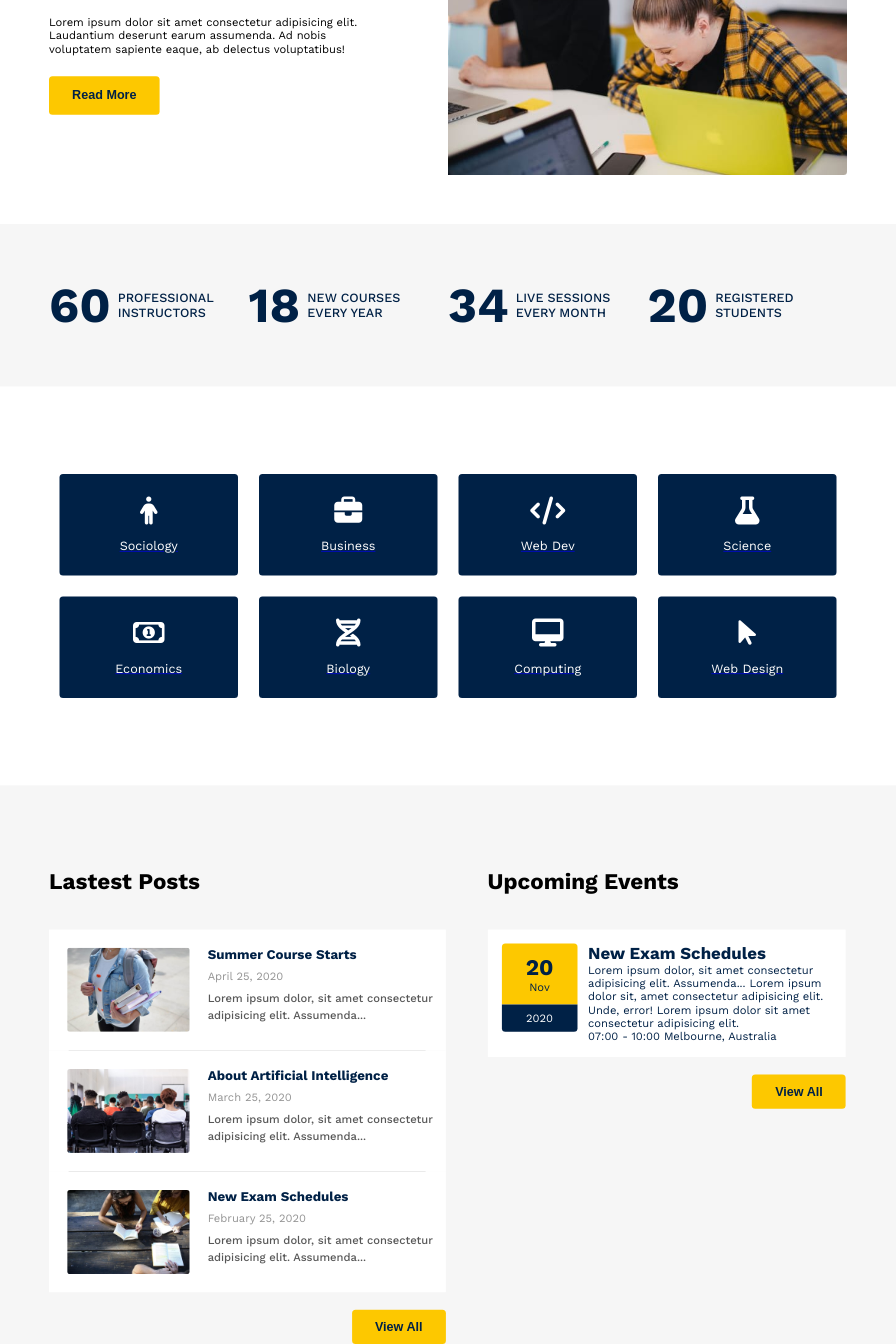
Repository: giahuy405/BC38__Mastery__Pham_Gia_Huy
Page: index.html
The author's editor kept a copy of each file at every save. The page is drawn from the files as they stood at one save, then again after the next save.
The browser window is 1280 px wide. The pictures show the part of the page from y = 910 to 2830 px (the page is 2830 px tall), at 70% of full size.

Above is the page before, as saved 2022-09-10 15:15:18.

### index.html
<!DOCTYPE html>
<html lang="en">
<head>
    <meta charset="UTF-8">
    <meta http-equiv="X-UA-Compatible" content="IE=edge">
    <meta name="viewport" content="width=device-width, initial-scale=1.0">
    <title>Document</title>
    <link href="https://fonts.googleapis.com/css2?family=Montserrat:wght@300;400;500;700;900&family=Work+Sans:wght@300;400;500;700&display=swap" rel="stylesheet">
    <link rel="stylesheet" href="https://cdnjs.cloudflare.com/ajax/libs/font-awesome/6.2.0/css/all.min.css">
    <link rel="stylesheet" href="./css/index.css">
</head>
<body>
    <header>
        <div class="container">
            <i class="fa-solid fa-pen-to-square"></i>
            <div class="header__title">
                <h1>Mastery</h1>
            </div>
        </div>
    </header>
    <nav>
        <div class="container">
            <ul>
                <li><a  href="#">Home</a></li>
                <li><a  href="#">About</a></li>
                <li><a  href="#">Services</a></li>
                <li><a  href="#">Contact</a></li>
            </ul>
        </div>
    </nav>
    <div class="carousel">
        <img src="./img/carousel__website.png" alt="">
    </div>
    <div class="welcome container">
        <div class="welcome__content">
            <h1>Welcome To Our Campus</h1>
            <p>Lorem ipsum dolor sit amet consectetur adipisicing elit. Quasi est saepe possimus quisquam dolor ducimus blanditiis, eius fugit ab beatae reprehenderit, inventore earum rerum. Quis nostrum voluptatibus vel quisquam soluta.</p>

            <p>Lorem ipsum dolor sit amet consectetur adipisicing elit. Laudantium deserunt earum assumenda. Ad nobis voluptatem sapiente eaque, ab delectus voluptatibus!</p>
            <button>Read More</button>
        </div>
        <div class="welcome__img">
            <img src="./img/g1.jpg" alt="">
        </div>
        <div class="clear"></div>
    </div>
    <div class="information">
       <div class="container">
            <div class="information__content">
                <div class="information__title">
                    <h1>60</h1>
                </div>
                <div class="information__desc">
                    <p>PROFESSIONAL</p>
                    <p>INSTRUCTORS</p>
                </div>
                <div class="clear"></div>
            </div>
            <div class="information__content">
                <div class="information__title">
                    <h1>18</h1>
                </div>
                <div class="information__desc">
                    <p>NEW COURSES</p>
                    <p>EVERY YEAR</p>
                </div>
                <div class="clear"></div>
            </div>
            <div class="information__content">
                <div class="information__title">
                    <h1>34</h1>
                </div>
                <div class="information__desc">
                    <p>LIVE SESSIONS</p>
                    <p>EVERY MONTH</p>
                </div>
                <div class="clear"></div>
            </div>
            <div class="information__content">
                <div class="information__title">
                    <h1>20</h1>
                </div>
                <div class="information__desc">
                    <p>REGISTERED</p>
                    <p>STUDENTS</p>
                </div>
                <div class="clear"></div>
            </div>
            <div class="clear"></div>
       </div>
    </div>
    <div class="cards">
        <div class="container">
            <div class="cards-top">
                <div class="card">
                    <a href="#">
                        <div class="card__item">
                            <i class="fa-solid fa-person"></i>
                            <p>Sociology</p>
                        </div>
                    </a>
                </div>
                <div class="card">
                    <a href="#">
                        <div class="card__item">
                            <i class="fa-solid fa-briefcase"></i>
                            <p>Business</p>
                        </div>
                    </a>
                </div>
                <div class="card">
                   <a href="#">
                        <div class="card__item">
                            <i class="fa-solid fa-code"></i>
                            <p>Web Dev</p>
                        </div>
                   </a>
                </div>
                <div class="card">
                   <a href="#">
                        <div class="card__item">
                            <i class="fa-solid fa-flask"></i>
                            <p>Science</p>
                        </div>
                   </a>
                </div>
                <div class="clear"></div>
            </div>
            <div class="card-bottom">
                <div class="card">
                    <a href="#">
                        <div class="card__item">
                            <i class="fa-regular fa-money-bill-1"></i>
                            <p>Economics</p>
                        </div>
                    </a>
                </div>
                <div class="card">
                   <a href="#">
                        <div class="card__item">
                            <i class="fa-solid fa-dna"></i>
                            <p>Biology</p>
                        </div>
                   </a>
                </div>
                <div class="card">
                    <a  href="#">
                        <div class="card__item">
                            <i class="fa-solid fa-desktop"></i>
                            <p>Computing</p>
                        </div>
                    </a>
                </div>
                <div class="card">
                    <a href="#">
                        <div class="card__item">
                            <i class="fa-solid fa-arrow-pointer"></i>
                            <p>Web Design</p>
                        </div>
                    </a>
                </div>
                <div class="clear"></div>
            </div>
        </div>
    </div>
    <div class="news">
        <div class="container">
            <div class="news__lastest-post">
                <h1>Lastest Posts</h1>
                <div class="lastest-post__items">
                    <div class="lastest-post__item">
                        <a href="#">
                            <img src="./img/g9.jpg" alt="">
                            <div class="lastest-post__desc">
                                <h2 >Summer Course Starts</h2>
                                <p class="lastest-post__time">April 25, 2020</p>
                                <p>Lorem ipsum dolor, sit amet consectetur adipisicing elit. Assumenda...</p>
                            </div>
                            <div class="clear"></div>
                        </a>
                        <hr noshade >
                    </div>
                    <div class="lastest-post__item">
                        <a href="#">
                            <img src="./img/g10.jpg" alt="">
                            <div class="lastest-post__desc">
                                <h2>About Artificial Intelligence</h2>
                                <p class="lastest-post__time">March 25, 2020</p>
                                <p>Lorem ipsum dolor, sit amet consectetur adipisicing elit. Assumenda...</p>
                            </div>
                            <div class="clear"></div>
                        </a>
                        <hr noshade >
                    </div>

                    <div class="lastest-post__item">
                        <a href="#">
                            <img src="./img/g8.jpg" alt="">
                            <div class="lastest-post__desc">
                                <h2>New  Exam Schedules</h2>
                                <p class="lastest-post__time">February 25, 2020</p>
                                <p>Lorem ipsum dolor, sit amet consectetur adipisicing elit. Assumenda...</p>
                            </div>
                            <div class="clear"></div>
                        </a>

                    </div>

                </div>
                <button class="news__button">View All</button>
                <div class="clear"></div>
            </div>


            <div class="news__upcoming-events">
                <h1>Upcoming Events</h1>
                <div class="upcoming-events__items">
                    <div class="upcoming-events__item">
                        <a href="#">
                            <div class="upcoming-events__time">
                                <div class="upcoming-events__time--top">
                                    <h1  >20</h1>
                                    <p>Nov</p>
                                </div>
                                <div class="upcoming-events__time--bottom">
                                    <p>2020</p>
                                </div>
                            </div>
                            <div class="upcoming-events__desc">
                                <div class="upcoming-events__desc--top">
                                    <h2>New  Exam Schedules</h2>
                                    <p>Lorem ipsum dolor, sit amet consectetur adipisicing elit. Assumenda... Lorem ipsum dolor sit, amet consectetur adipisicing elit. Unde, error! Lorem ipsum dolor sit amet consectetur adipisicing elit.</p>
                                </div>
                                <div class="upcoming-events__desc--bottom">
                                    <span>07:00 - 10:00</span>
                                    <span>Melbourne, Australia</span>
                                </div>

                            </div>
                            <div class="clear"></div>
                        </a>
                    </div>

                </div>

                <button class="news__button">View All</button>
                <div class="clear"></div>
            </div>
            <div class="clear"></div>
        </div>
    </div>

</body>
</html>

### css/index.css
*{
    padding: 0;
    margin: 0;
    box-sizing: border-box;
}
.clear{
    clear: both;
}
html{
    font-size: 16px;
    font-family: 'Work Sans', sans-serif;
}
.container{
    width: 1140px;
    margin: 0 auto;
}
header{
    position: relative;
    margin-top: 15px;
}
.header__title{
    display: inline-block;
     position: absolute;
     top: -4px;
    left: 160px;
}
.header__title h1{
    font-size: 35px;
    color: #1b1d2d;
}
header i{
    background-color: #002146;
    height: 36px;
    width: 36px;
    border-radius: 50%;
    color: #fdc800;
    text-align: center;
    padding-top: 9px;
}
nav ul{
    list-style: none;
    margin-top: 15px;
    margin-left: 18px;
}
nav li{
    display: inline;
    margin-right: 30px;
}
nav a{
    color: #002146;
    font-weight: 800;
    text-decoration: none;
    transition: all 0.2s;
}
nav a:hover{
    font-weight: 900;
    color: #fdc800;
    text-shadow: 1px 1px 2px black;
    background-color: #002146;
    padding: 10px 10px;
    transition: all 0.2s ease-out;
    border-radius: 9px;
}
nav a:active{
    padding: 12px 16px;
}



/* CAROUSEL / SLIDER */
.carousel{
    width: 100%;
    margin-top: 20px;
}
.carousel img{
max-width: 100%;
height: 597px;
}


/* create WELCOME */
.welcome{
    margin-top: 62px;
    margin-bottom: 66px;
}
.welcome__content h1{
    margin-bottom: 20px;
    color: #1b1d2d;
}
.welcome__content{
    padding-right: 80px;
}
.welcome__content p{
    margin-bottom: 30px;
}
.welcome__content button{
    padding: 17px 33px;
    font-size: 18px;
    font-weight:700;
    color: #002146;
    background-color: #fdc800;
    border: none;
    border-radius: 5px;
    cursor: pointer;
    transition: all 0.2s;
}
.welcome__content button:hover,.news__button:hover{
    background-color: #002146;
    color: #fdc800;
    box-shadow: 5px 5px 5px black;
}
.welcome__content,.welcome__img{
    width: 50%;
    float: left;
}
.welcome__img img{
    width: 100%;
    border-top-right-radius: 5px;
    border-bottom-right-radius: 5px;
}


/* create INFORMATION  */
.information{
    background-color: #f6f6f6;
    padding: 75px 0;
    margin-bottom: 110px;
}
.information__content{
    float: left;
    width: 25%;
}
.information__content h1{
    display: inline-block;
    font-size: 70px;
    color: #002146;

}
.information__title,.information__desc{
    float: left;
}
.information__desc p:first-child{
    margin-top:20px;
}
.information__desc p{
    margin-left: 10px;
    font-size: 18px;
    color: #002146;
    font-weight: 500;
}


/* create CARDS */
.cards{
    margin-bottom: 110px;
}
.card{
    float: left;
    width: 25%;
    text-align: center;
    padding: 15px;
}
.card__item{
    background-color: #002146;
    padding: 32px 50px;
    border-radius: 5px;
}
.card__item i{
    color: white;
    font-size: 40px;
}
.card__item p{
    color: white;
    font-size: 18px;
    margin-top: 20px;
}
.card a{
    cursor: pointer;
    transition: all 0.2s;
}
.card a:hover{
    opacity: 0.7;
}
.card:hover{
    box-shadow: 1px 1px 10px  black;
    border-radius: 5px;
}


/* NEWS */
.news{
    padding-top: 118px;
    background-color: #f6f6f6;
}
.news__lastest-post > h1,.news__upcoming-events > h1{
    margin-bottom: 50px;
}
.news__lastest-post{
    float: left;
    width:49.7%;
    margin-right: 60px;
}
.news__upcoming-events{
    float: left;
    width:44.9%;
}
.news__upcoming-events{
    margin: 0;
}
.lastest-post__item{
    background-color: white;

}
.lastest-post__item img{
    width: 158px;
    border: 26px solid transparent;
    border-radius: 30px;
}
.lastest-post__item a img{
    float: left;
    width: 40%;
}
.lastest-post__desc{
    float: left;
    width: 60%;
    padding-top: 24px;
}
.lastest-post__item hr{
    width:90%;
    margin: 0 auto;
    background-color: rgb(218, 218, 218);
    height: 1px;
    border: none;
}
.lastest-post__item a{
    font-size: 20px;
    color: #002146;
}
.lastest-post__item a .lastest-post__desc  h2{
    font-size: 19px;

}
.lastest-post__item a .lastest-post__desc p{
    font-size: 16px;
    color: #000000;
}
.lastest-post__item a .lastest-post__desc p:nth-child(3){
    line-height: 1.5;
    color: #585858;
    font-weight: 500;
}
.lastest-post__item a .lastest-post__time{

    color:#939393!important;
    margin: 10px 0;
}
.lastest-post__item:hover{
    box-shadow: 0px 0px 10px black;
    margin-bottom: 5px;
    margin-top: 5px;
    transition: all 0.35s;
}
.news__button{
    float: right;
    padding: 14px 33px;
    font-size: 18px;
    font-weight:700;
    color: #002146;
    background-color: #fdc800;
    border: none;
    border-radius: 5px;
    cursor: pointer;
    transition: all 0.2s;
    margin-top: 25px;
}


/* Up coming event */
.upcoming-events__items a{
    color: #002146;
}
.upcoming-events__time{
    float: left;
    width: 23%;
    text-align: center;
    margin-right: 15px;

}
.upcoming-events__item{
    background-color: white;
    padding: 20px 20px;
}
.upcoming-events__desc{
    float: left;
    width: 73%;
}
.upcoming-events__time--top{
    background-color: #fdc800;
    border-top-left-radius:5px;
    border-top-right-radius:5px;
    padding: 15px 10px;
}
.upcoming-events__time--bottom{
    background-color: #002146;
    border-bottom-left-radius:5px;
    border-bottom-right-radius:5px;
    color: white;
    padding:  10px 0;
}

After the next save:
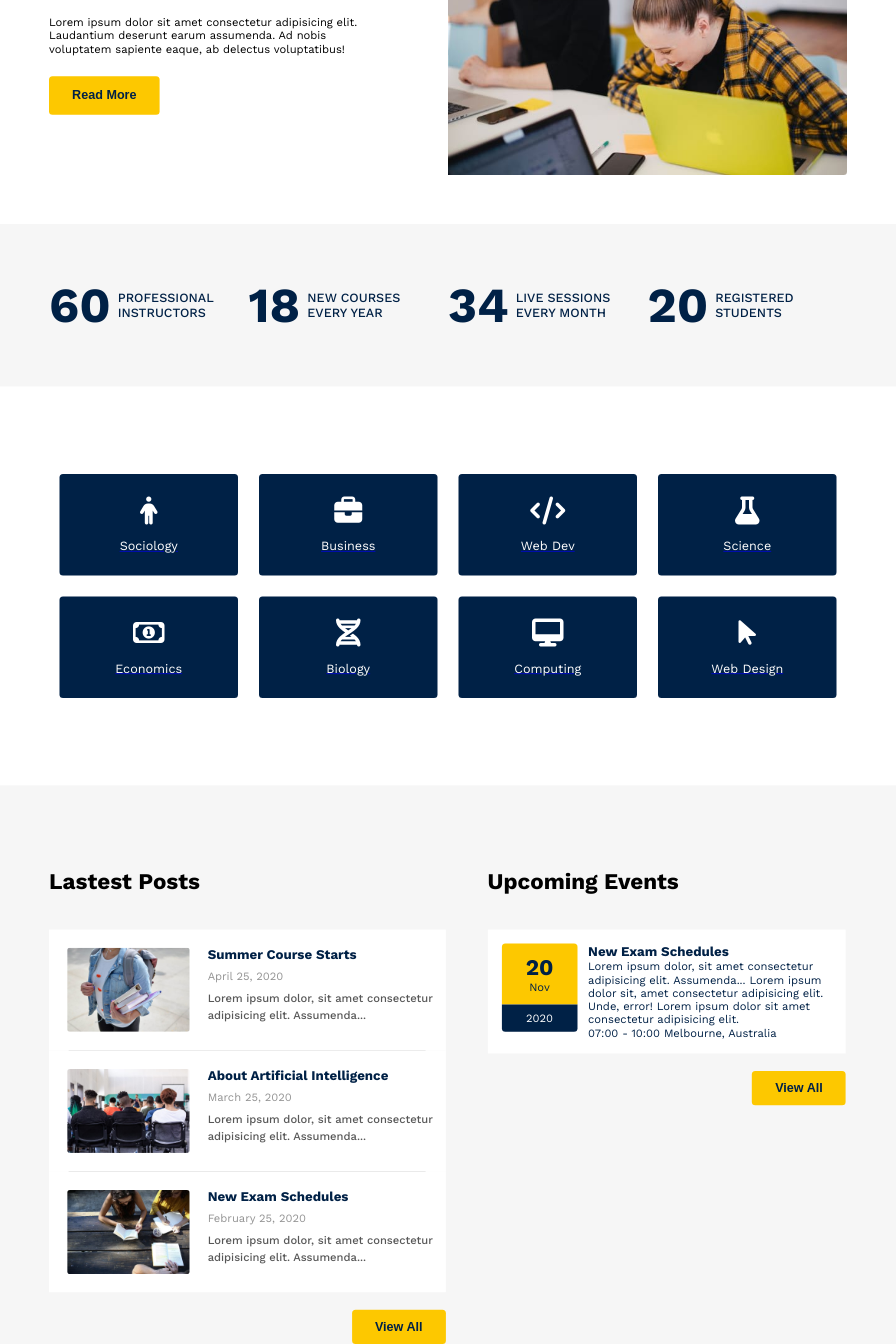
Saved 117 s later.
--- a/css/index.css
+++ b/css/index.css
@@ -307,3 +307,6 @@ height: 597px;
     color: white;
     padding:  10px 0;
 }
+.upcoming-events__desc h2{
+    font-size: 19px;
+}
